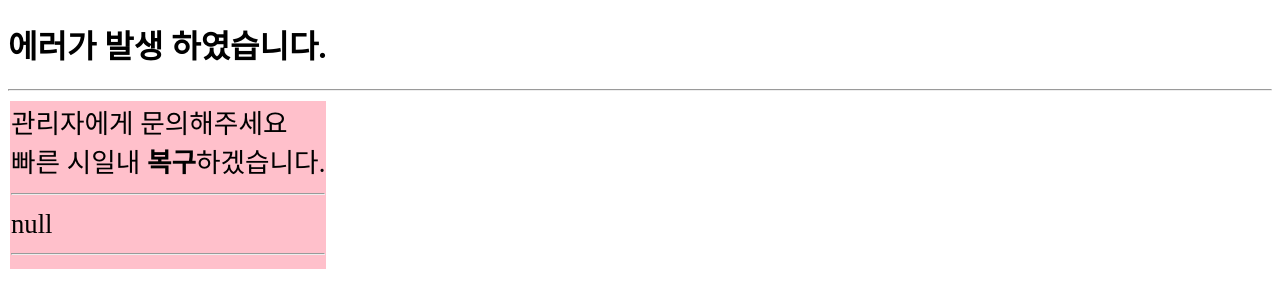
Repository: donggeonoh/My_Source
Page: http://localhost/WebProgramming/ch05/error.jsp
These files come from the project's save history. The page is drawn as it stood at one moment and after the next save; the edit follows.
The browser window is 1280 px wide. The pictures show the whole page.
The page is served by Tomcat 9. Other server files are loaded and not shown.

Above is the page before, as saved 2016-10-06 09:53:01.

### Web Source/WebProgramming/WebContent/ch05/error.jsp
<%@ page language="java" contentType="text/html; charset=UTF-8"
    pageEncoding="UTF-8" isErrorPage = "true"%>
<!DOCTYPE html PUBLIC "-//W3C//DTD HTML 4.01 Transitional//EN" "http://www.w3.org/TR/html4/loose.dtd">
<html>
<head>
<meta http-equiv="Content-Type" content="text/html; charset=UTF-8">
<title>Error of Error_test.jsp</title>
</head>
<body>
	<h1>에러가 발생 하였습니다.</h1>
	<hr>
		<table style = "font-size : 20pt">
			<tr bgcolor = "pink">
				<td>
				관리자에게 문의해주세요<br>
				빠른 시일내 <strong>복구</strong>하겠습니다.
				<hr>
				<%= exception%>
				<hr>
				</td>
			</tr>
		</table>
</body>
</html>

After the next save:
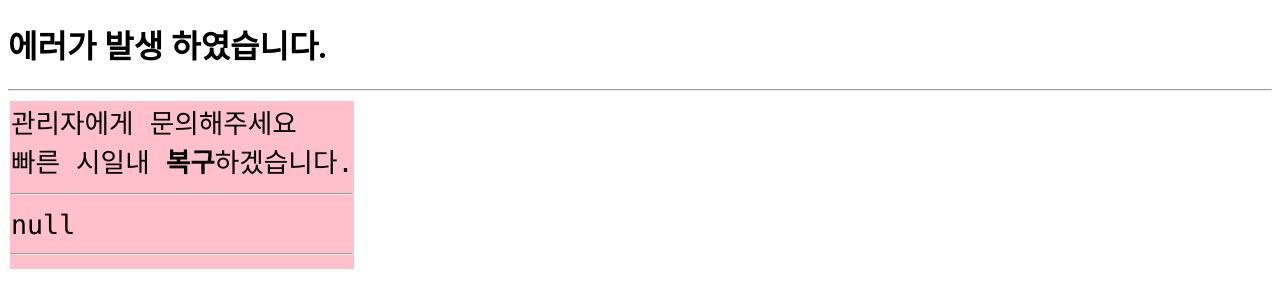
Saved 66 s later.
--- a/Web Source/WebProgramming/WebContent/ch05/error.jsp
+++ b/Web Source/WebProgramming/WebContent/ch05/error.jsp
@@ -9,7 +9,7 @@
 <body>
 	<h1>에러가 발생 하였습니다.</h1>
 	<hr>
-		<table style = "font-size : 20pt">
+		<table style = "font-size : 20pt; font-family : consolas;">
 			<tr bgcolor = "pink">
 				<td>
 				관리자에게 문의해주세요<br>
